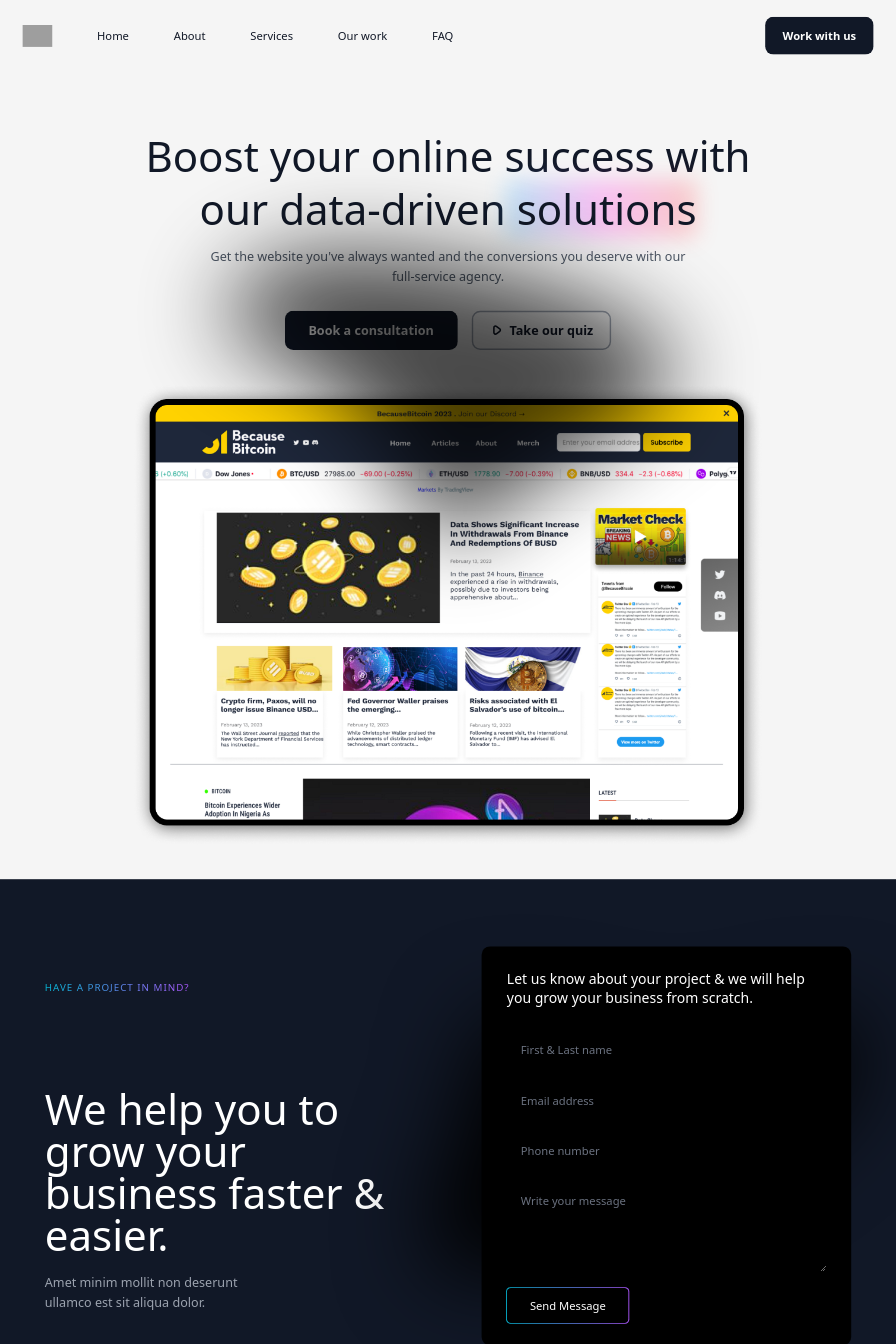
Repository: ornelasedward/mired_website
Page: /
An editor plug-in stored every save of this project. The page is shown before and after the next save, followed by the edit.
The browser window is 1280 px wide. The pictures show the part of the page from y = 0 to 1920 px (the page is 6401 px tall), at 70% of full size.
Pictures or frames that could not be fetched are drawn as grey boxes. The project was rebuilt for these pictures with package versions that can differ from the ones it lists, and the page was loaded fresh each time. The framework's server and built-in components were replaced by stand-ins that run in the browser. Also part of the build but not shown: next.config.js.

Above is the page before, as saved 2023-03-28 07:24:33.

After the next save:
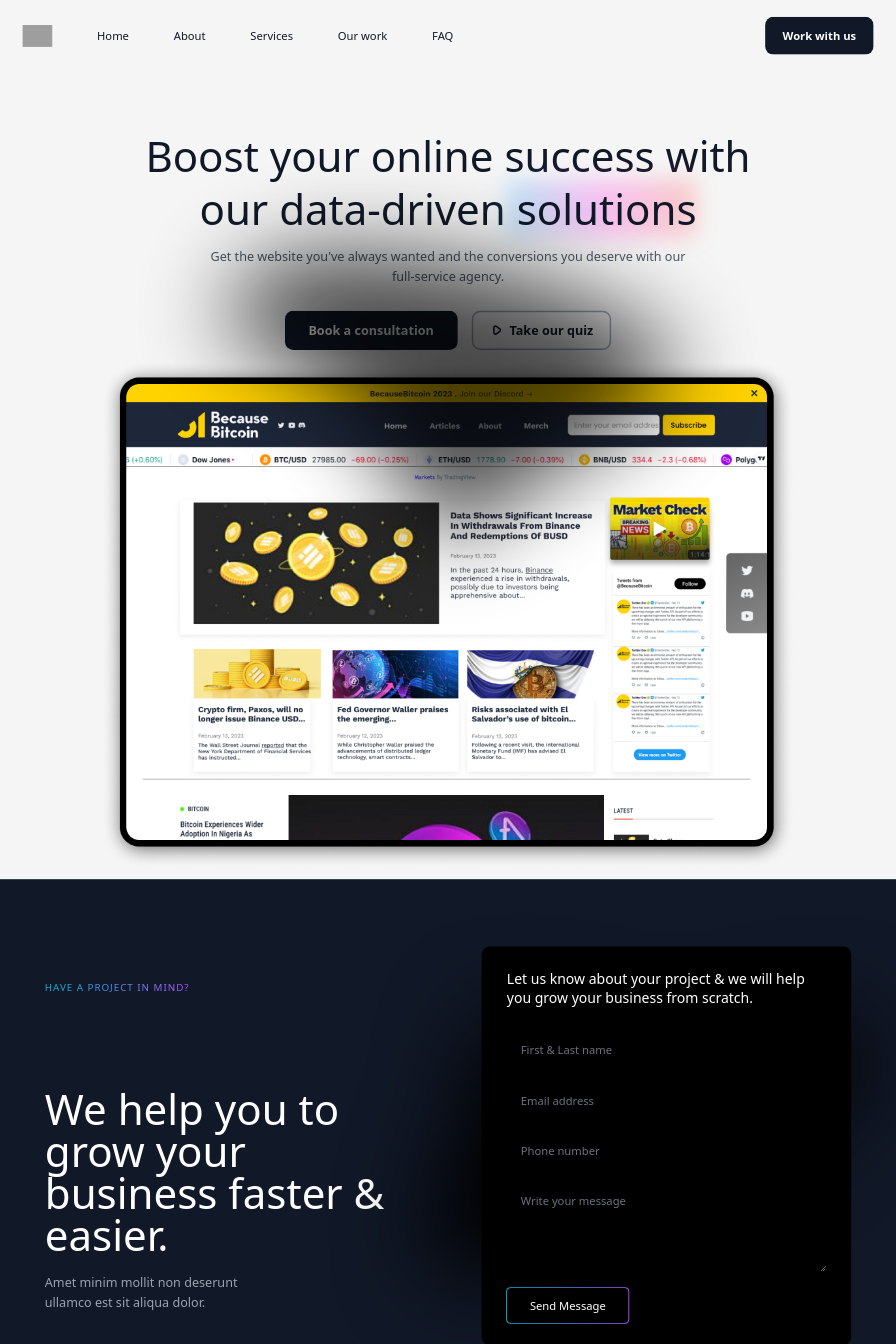
Saved 6 s later.
--- a/components/Hero.tsx
+++ b/components/Hero.tsx
@@ -224,7 +224,7 @@
         <div className="py-12">
           <div className="">
             <Image
-              className="m-auto"
+              className="transform scale-110 m-auto"
               src={header}
               alt=""
               width={900}
